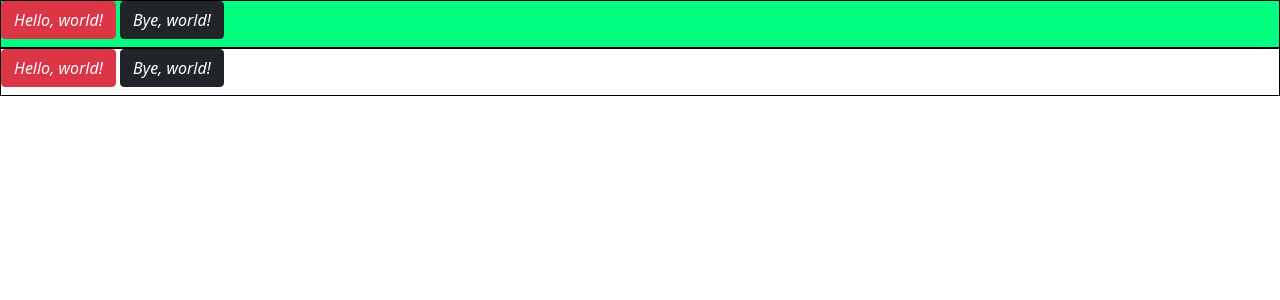
Repository: mobey3/JspProject
Page: http://localhost/JS_JSP/
An editor plug-in stored every save of this project. The page is shown before and after the next save, followed by the edit.
The browser window is 1280 px wide. The pictures show the whole page.
The page is served by Tomcat 9.

Above is the page before, as saved 2021-07-20 01:43:17.

After the next save:
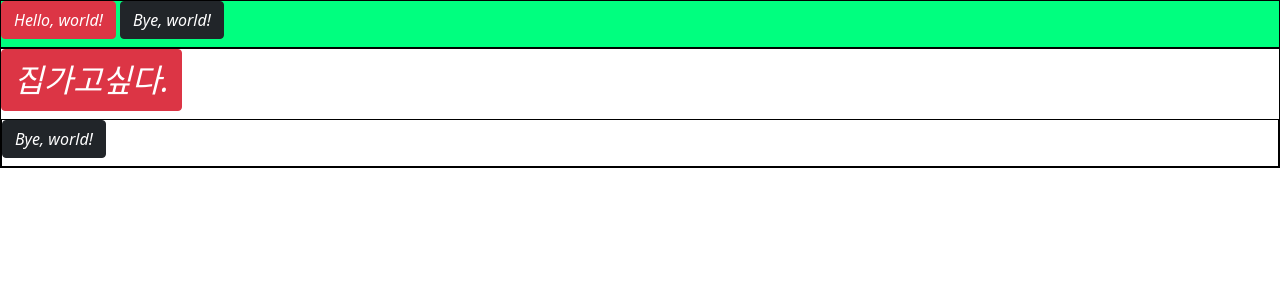
Saved 2 min 49 s later.
--- a/0720/JS_JSP/src/main/webapp/index.jsp
+++ b/0720/JS_JSP/src/main/webapp/index.jsp
@@ -24,9 +24,11 @@
     	div.ldj{
     	background : springgreen
     	}
-
     	div{
     	border : 1px solid black
+    	}
+    	.lng>h1{
+    	font-size: xx-large
     	}
 
 
@@ -38,8 +40,10 @@
     <h1 class="btn btn-dark">Bye, world!</h1>
     </div>
   <div class="lng">
-    <h1 class="btn btn-danger">Hello, world!</h1>
+    <h1 class="btn btn-danger">집가고싶다.</h1>
+    <div>
     <h1 class="btn btn-dark">Bye, world!</h1>
+    </div>
     </div>
 
     <!-- Optional JavaScript; choose one of the two! -->
